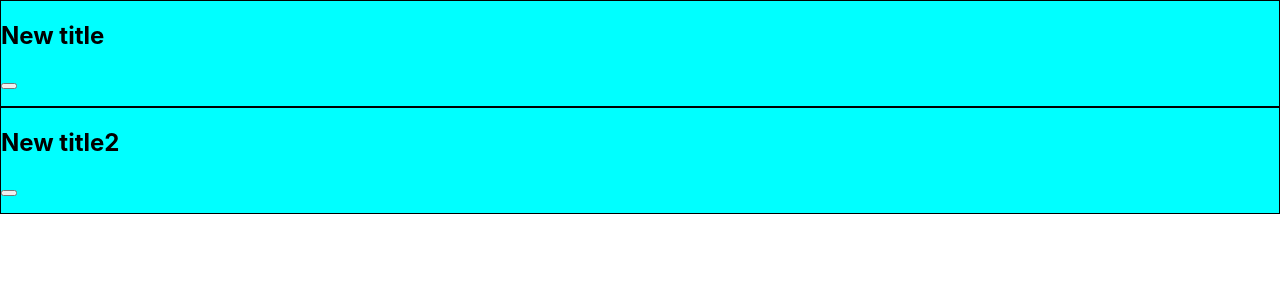
Repository: asapvtec98/egzamin
Page: /
The author's editor kept a copy of each file at every save. The page is drawn from the files as they stood at one save, then again after the next save.
The browser window is 1280 px wide. The pictures show the whole page.
The project was rebuilt for these pictures with package versions that can differ from the ones it lists, and the page was loaded fresh each time.

Above is the page before, as saved 2023-11-13 13:25:08.

After the next save:
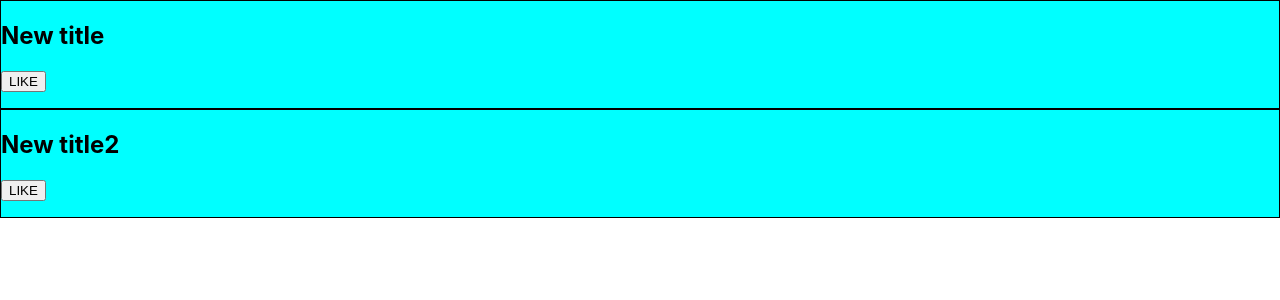
Saved 14 s later.
--- a/src/components/Comment.js
+++ b/src/components/Comment.js
@@ -20,7 +20,7 @@ function Komentarz(props) {
             <h2>{props.title}</h2>
             <button type="button" onClick={() => {
                 handleLikes();
-            }}></button>
+            }}>LIKE</button>
             <p>{likes}</p>
         </div>
     )
